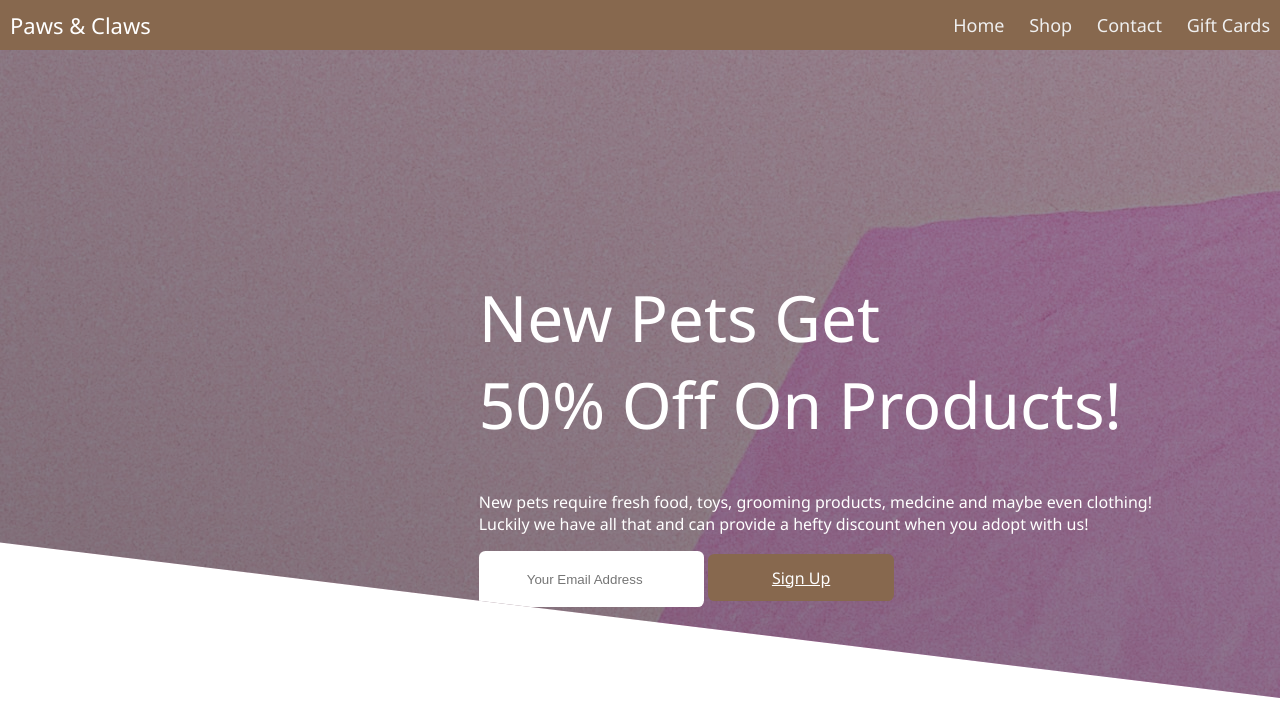
Repository: LtGriff/petProject
Page: dist/about.html
The author's editor kept a copy of each file at every save. The page is drawn from the files as they stood at one save, then again after the next save.
The browser window is 1280 px wide. The pictures show the whole page.

Above is the page before, as saved 2022-05-19 07:40:45.

### dist/about.html
<!DOCTYPE html>
<html lang="en">
<head>
    <meta charset="UTF-8">
    <meta http-equiv="X-UA-Compatible" content="IE=edge">
    <meta name="viewport" content="width=device-width, initial-scale=1.0">
    <link rel="stylesheet" type="text/css" href="../CSS/about.css">
    <title>About the Animal House</title>
</head>
<body>
<!-------------NAV***************BAR----------------------->

    <div class="nav">
        <input type="checkbox" id="nav-check">
        <div class="nav-header">
          <div class="nav-title">
            Paws & Claws
          </div>
        </div>
        <div class="nav-btn">
          <label for="nav-check">
            <span></span>
            <span></span>
            <span></span>
          </label>
        </div>

        <div class="nav-links">
          <a href="index.html" target="">Home</a>
          <a href="shop.html" target="_blank">Shop</a>
          <a href="contact.html" target="_blank">Contact</a>
          <a href="giftcard.html" target="_blank">Gift Cards</a>
        </div>
      </div>

    <!-------------NAV*******BAR********END----------------------->


 <!------------------HEADER*******SECTION---------------------->


 <div class="dogfield"></div>

 <header id="header-section">
  <div class="header-text container">
      <h1>New Pets Get <br> 50%  Off On Products!</h1>
      <p>
         New pets require fresh food, toys, grooming products, medcine and maybe even clothing!<br> Luckily we have all that and can provide a hefty discount when you adopt with us!
      </p>
      <input id="userInput" type="email" placeholder="Your Email Address" required>
      <a class="cta" href="#">Sign Up</a>
      <p id="error">Please provide a valid email address</p>
  </div>
</header>










</body>
</html>

### dist/CSS/about.css
/** NAV BAR **/

* {
    box-sizing: border-box;
  }

  body {
    margin: 0px;
    font-family: 'segoe ui';
  }

  .nav {
    height: 50px;
    width: 100%;
    background-color: #87684e;

  /**
    opacity: .5;
    filter: alpha(opacity=50);
    position: relative;**/
    /* z-index: ; */


    box-shadow:
    0 2.8px 2.2px rgba(0, 0, 0, 0.034),
    0 6.7px 5.3px rgba(0, 0, 0, 0.048),
    0 12.5px 10px rgba(0, 0, 0, 0.06),
    0 22.3px 17.9px rgba(11, 4, 4, 0.072),
    0 41.8px 33.4px rgba(0, 0, 0, 0.086),
    0 100px 80px rgba(0, 0, 0, 0.12);
  }

  .nav > .nav-header {
    display: inline;
  }

  .nav > .nav-header > .nav-title {
    display: inline-block;
    font-size: 22px;
    color: #fff;
    padding: 10px 10px 10px 10px;
  }

  .nav > .nav-btn {
    display: none;
  }

  .nav > .nav-links {
    display: inline;
    float: right;
    z-index: 9;
    font-size: 18px;
  }

  .nav > .nav-links > a {
    display: inline-block;
    padding: 13px 10px 13px 10px;
    text-decoration: none;
    color: #efefef;
  }

  .nav > .nav-links > a:hover {
    background-color: rgba(0, 0, 0, 0.3);
  }

  .nav > #nav-check {
    display: none;
  }


 /** HEADER SECTION **/

#header-section{
    height: 90vh;
    background-image: linear-gradient(
        to left bottom,
        rgba(0, 0, 0, 0.4),
        rgba(0, 0, 0, 0.5)),
    url("../img/catpink.jpg");
    background-attachment: fixed;
    background-size: contain;
    background-size: auto;
    position: relative;
    object-fit: scale-down;
    clip-path: polygon(0% 0%,100% 0%,100% 100%,0% 76%);

  }



  .header-text {
    position: absolute;
    top: 28%;
    right: 10%;
    color: #ffffff;
  }

  .header-text h1 {
    font-size: 4rem;
    font-weight: 500;
  }

  .header-text p {
    margin-bottom: 1rem;
  }

  #header-section input {
    width: 225px;
    height: 3.5rem;
    border-radius: 0.4rem;
    border: none;
    padding: 0.5rem 3rem;
  }

  .cta {
    background-color: #87684e;
    padding: 0.8rem 4rem;
    border-radius: 0.4rem;
    color: #fff;
    font-weight: 400;
  }

  .cta:hover {
    transform: translateY(-3px);
    box-shadow: 0 1rem 2rem rgba(0, 0, 0, .2);
  }

  .cta:active {
    transform: translateY(-1px);
    box-shadow: 0 .5rem 1rem rgba(0, 0, 0, .2);
  }

  .cta::after {
    content: "";
    display: inline-block;
    height: 100%;
    width: 100%;
    border-radius: 10rem;
    position: absolute;
    top: 0;
    left: 0;
    z-index: -1;
    transition: all .4s;
  }

  .cta:hover::after {
    transform: scaleX(1.4) scaleY(1.6);
    opacity: 0;
  }

  #error {
    color: red;
    font-weight: 600;
    display: none;
    margin-top: 1rem;
    transition: all 0.5s ease-in;
  }

@media (max-width:600px) {
    .nav > .nav-btn {
      display: inline-block;
      position: absolute;
      right: 0px;
      top: 0px;
    }
    .nav > .nav-btn > label {
      display: inline-block;
      width: 50px;
      height: 50px;
      padding: 13px;
    }
    .nav > .nav-btn > label:hover,.nav  #nav-check:checked ~ .nav-btn > label {
      background-color: rgba(0, 0, 0, 0.3);
    }
    .nav > .nav-btn > label > span {
      display: block;
      width: 25px;
      height: 10px;
      border-top: 2px solid #eee;
    }
    .nav > .nav-links {
      position: absolute;
      display: block;
      width: 100%;
      background: rgb(234,212,189);
      background: linear-gradient(7deg, rgba(234,212,189,1) 0%, rgba(204,175,140,1) 24%, rgba(191,161,124,1) 64%, rgba(135,104,78,1) 98%);
      height: 0px;
      transition: all 0.3s ease-in;
      overflow-y: hidden;
      top: 50px;
      left: 0px;
    }
    .nav > .nav-links > a {
      display: block;
      width: 100%;
    }
    .nav > #nav-check:not(:checked) ~ .nav-links {
      height: 0px;
    }
    .nav > #nav-check:checked ~ .nav-links {
      height: calc(28vh - 50px);
      overflow-y: auto;
    }

  }

After the next save:
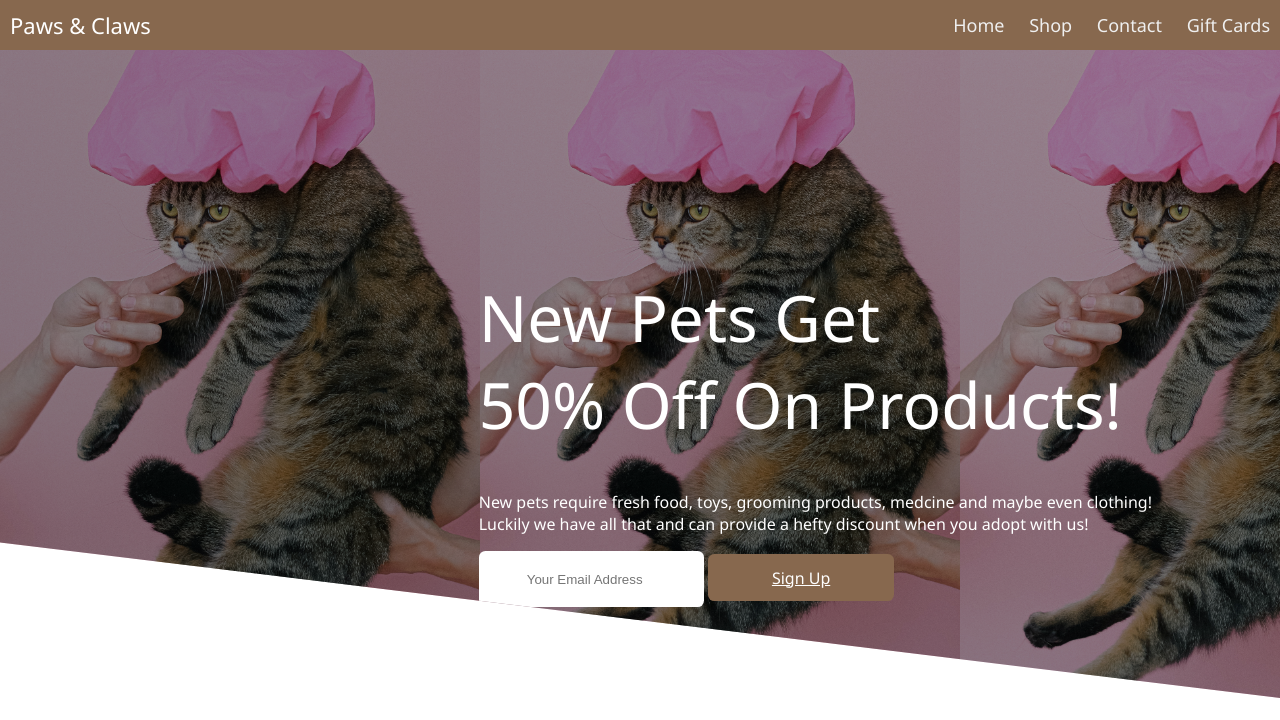
Saved 10 s later.
--- a/dist/CSS/about.css
+++ b/dist/CSS/about.css
@@ -79,7 +79,6 @@
     url("../img/catpink.jpg");
     background-attachment: fixed;
     background-size: contain;
-    background-size: auto;
     position: relative;
     object-fit: scale-down;
     clip-path: polygon(0% 0%,100% 0%,100% 100%,0% 76%);
